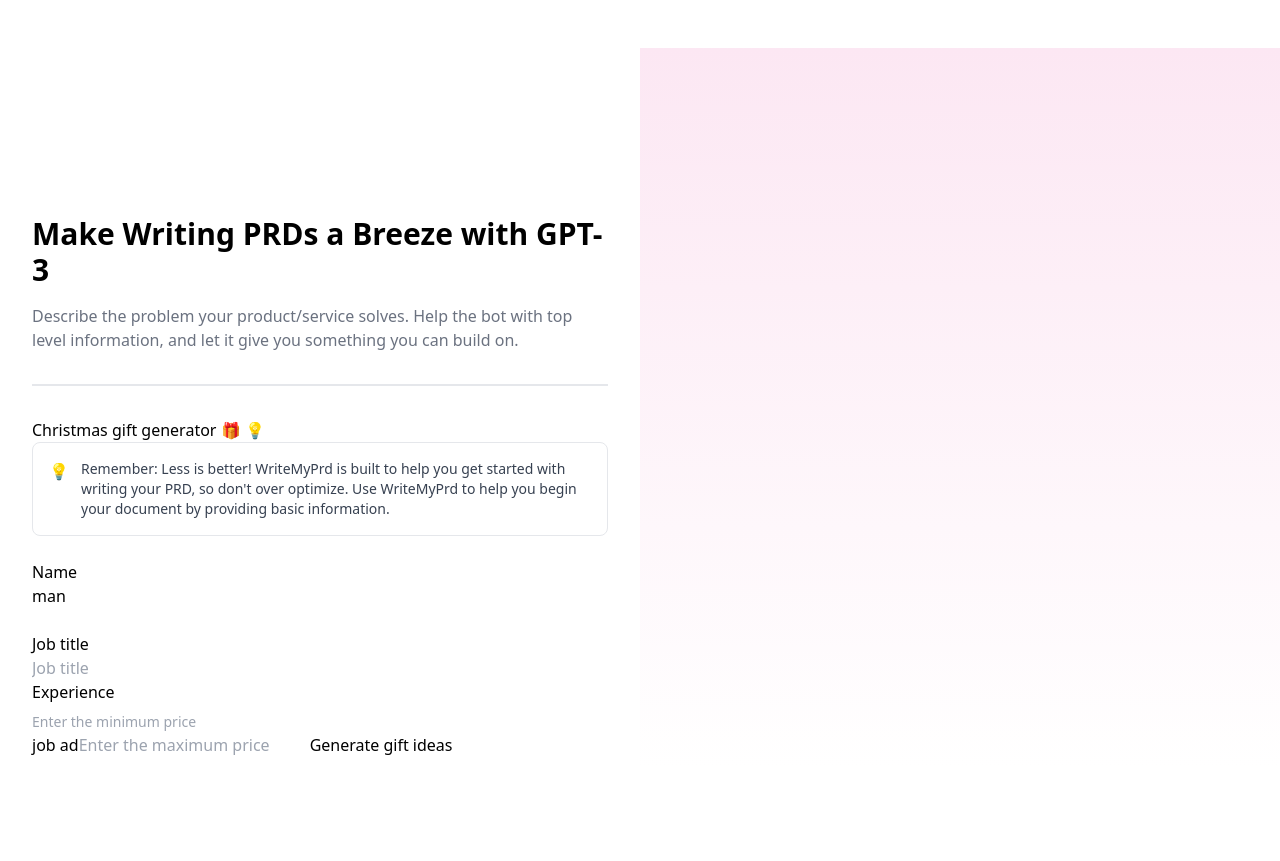
Repository: hamza-mastar/chatgpt-jpbad
Page: /
The author's editor kept a copy of each file at every save. The page is drawn from the files as they stood at one save, then again after a run of saves.
The browser window is 1280 px wide. The pictures show the whole page.
The project was rebuilt for these pictures with package versions that can differ from the ones it lists, and the page was loaded fresh each time. The framework's server and built-in components were replaced by stand-ins that run in the browser.

Above is the page before, as saved 2023-01-30 04:39:22.

### pages/_app.js
import 'tailwindcss/tailwind.css'

import '../styles/globals.css'

export default function MyApp({ Component, pageProps }) {
  return <Component {...pageProps} />
}

### pages/index.js
import Head from 'next/head';
import React from 'react';
import { useState } from 'react';

import styles from './index.module.css';


// import './gifts.css'




export default function Home() {
  const [name, setName] = useState('man');
  const [job_title, setJob_title] = useState("");
  const [experience, setExperience] = useState("");
  const [job_ad, setJob_ad] = useState("");

  const [loading, setLoading] = useState(false);

  const [result, setResult] = useState('');

  async function onSubmit(event) {
    event.preventDefault();
    if (loading) {
      return;
    }
    setLoading(true);
    setResult('hamza');
    const response = await fetch('/api/generate-gifts', {
      method: 'POST',
      headers: {
        'Content-Type': 'application/json',
      },
      body: JSON.stringify({ name, job_title, experience, job_ad}),
    });
    const data = await response.json();
    setResult(data.result.replaceAll('\n', '<br />'));
    setLoading(false);
  }


  return (
    <>



    <dody class="h-full px-5 sm:px-6">
      <div class="flex relative sm:flex-col md: flex-col">

      <Head>
        <title>OpenAI Quickstart</title>
        <link rel="icon" href="/dog.png" />
      </Head>

      <main className={styles.main}>
     <div class="min-h-screen w-full lg:w-1/2 relative">
    <div class="h-full px-5 sm:px-6">
      <div class="h-full w-full max-w-xl mx-auto flex flex-col after:mt-auto after:flex-1">
        <header class="sm:flex-1 flex mb-auto sm:py-10 pt-6 items-center sm:justify-between flex-col sm:flex-row" >
          <div class="flex items-center justify-between h-24 md:h-20"> </div>

            {/* logo icone login  */}
            </header>
            <div class="flex-1 py-8">
           <div  class="mb-4" >
           <h1 class="text-3xl font-bold font-inter mb-2"> Make Writing PRDs a Breeze with GPT-3 </h1>
           <div class="text-gray-500 mt-4 mb-6"> Describe the problem your product/service solves. Help the bot with top level information, and let it give you something you can build on. </div>
           <div class="divide-y divide-gray-200 my-8 relative border"></div>





        <h3  >Christmas gift generator 🎁 💡</h3>
        <form  onSubmit={onSubmit} class="mb-12 relative">
        <div class="rounded-lg bg-white border p-4"><div class="flex"><div class="flex-shrink-0">💡</div><div class="ml-3 flex-1 md:flex md:justify-between"><p class="text-sm text-gray-700 font-medium"> Remember: Less is better! WriteMyPrd is built to help you get started with writing your PRD, so don't over optimize. Use WriteMyPrd to help you begin your document by providing basic information. </p></div></div></div>
        <div>
          <div class="py-6">
          <label >Name</label>
          <input class="form-input w-full"
            type="text"
            name="name"
            placeholder="Enter the Name"
            value={name}
            onChange={(e) => setName(e.target.value)}
          />
          </div>


          <label>Job title</label>
          <input class="form-input w-full"
            type="text"
            name="job_title"
            placeholder="Job title"
            value={job_title}
            onChange={(e) => setJob_title(e.target.value)}
          />

          <label>Experience </label>
          <input class="form-textarea text-sm pt-2 w-full resize-none"
            type="textarea"
            name="experience"
            placeholder="Enter the minimum price"
            value={experience}
            onChange={(e) => setExperience(e.target.value)}
          />

          <label> job ad</label>
          <input
            type="text"
            name="job_ad"
            placeholder="Enter the maximum price"
            value={job_ad}
            onChange={(e) => setJob_ad(e.target.value)}
          />



          <input type="submit" value="Generate gift ideas" />
          </div>
        </form>
        </div>
       </div>
        </div>
        </div>
          </div>

          {/* loging page ////////////////// */}

          <div class="relative lg:fixed right-0 bottom-0 lg:block lg:w-1/2 overflow-hidden sm:px-5 lg:h-full h-auto overflow-y-auto top-12">
            <div class="absolute inset-0 bg-gradient-to-b from-pink-100 to-white pointer-events-none -z-10" >
              {/* <div class="hidden md:block absolute right-0 pointer-events-none -z-10"> */}
                <div class="h-auto">
                {/* <div class="p-6 pb-0 h-[calc(100vh-6rem)]" > */}
                {/* <div class="form-textarea relative text-base w-full p-4 px-8 overflow-scroll h-[calc(100%-1rem)] shadow-2xl flex items-center justify-center" > */}
                {/* <div class="text-pink-600 font-mono text-left text-base font-semibold absolute top-4 left-4"> */}
        {loading && (
          <div>
            <h3>Looking for the best gift ideas 🎁 💡</h3>
            <img src="/loading.gif" className={styles.loading} />
          </div>



        )}
        <div class="is-typed pb-0 h-[calc(100vh-6rem)] form-textarea relative text-base w-full p-4 px-8 overflow-scroll   flex items-center justify-center "
          className={styles.result}
          dangerouslySetInnerHTML={{ __html: result }}


        />
        </div>
        </div>
        </div>
        {/* </div> */}
        {/* </div> */}
        {/* </div>
        </div> */}
      </main>
      </div>

      </dody>


    </>
  );
}
// Name Job_title Experience job_ad

### pages/index.module.css


@font-face {
  font-family: "ColfaxAI";
  src: url(https://cdn.openai.com/API/fonts/ColfaxAIRegular.woff2)
      format("woff2"),
    url(https://cdn.openai.com/API/fonts/ColfaxAIRegular.woff) format("woff");
  font-weight: normal;
  font-style: normal;
}
@font-face {
  font-family: "ColfaxAI";
  src: url(https://cdn.openai.com/API/fonts/ColfaxAIBold.woff2) format("woff2"),
    url(https://cdn.openai.com/API/fonts/ColfaxAIBold.woff) format("woff");
  font-weight: bold;
  font-style: normal;
}
/* .main,
.main input {
  font-size: 16px;
  line-height: 24px;
  color: #353740;
  font-family: "ColfaxAI", Helvetica, sans-serif;
}
.main {
  display: flex;
  flex-direction: column;
  align-items: center;
  padding-top: 60px;
}
.main .icon {
  width: 34px;
}
.main h3 {
  font-size: 32px;
  line-height: 40px;
  font-weight: bold;
  color: #202123;
  margin: 16px 0 40px;
}
.main form {
  display: flex;
  flex-direction: column;
  width: 320px;
}
.main input[type="text"] {
  padding: 12px 16px;
  border: 1px solid #10a37f;
  border-radius: 4px;
  margin-bottom: 24px;
  outline-color: #10a37f;
}
.main ::placeholder {
  color: #8e8ea0;
  opacity: 1;
}
.main input[type="submit"] {
  padding: 12px 0;
  color: #fff;
  background-color: #10a37f;
  border: none;
  border-radius: 4px;
  text-align: center;
  cursor: pointer;
}
.main .result {
  padding: 100px;
  font-weight: bold;
  margin-top: 40px;
  position:absolute;
  display: flex;
  justify-content: end;
} */

.main .loading {
  width: 50;
}

/* .main input[type="text"],
.main input[type="number"],
.main select {
  padding: 12px 16px;
  border: 1px solid #10a37f;
  border-radius: 4px;
  margin-bottom: 12px;
  margin-top: 4px;
}
.hamza {
  background-color: #10a37f;
} */






.relative {
  position: relative;
}

.nano {
  background-color: white;
  color: black;
  display: flex;
  overflow: scroll;
}

.form-textarea{
  border-width: 1px;
  --tw-border-opacity: 1;
  border-color: rgb(209 213 219 / var(--tw-border-opacity));
  --tw-bg-opacity: 1;
  background-color: rgb(255 255 255 / var(--tw-bg-opacity));
  height: 600px;
  width: 600px;
}

.texxt-base {
  font-size: 18px;
  line-height: 1.5;
  letter-spacing: -.01em;
  color: black

}
.typed {
  color: #1f2937;
  white-space: break-spaces;
  font-size: 100px;
}
@media only screen and (max-width: 600px) {
  .goho {
    width: auto;
    display: flex;
    justify-content:center ;

  }
}

Loaded but not shown: styles/globals.css (common file); tailwind.config.js (common file)

After the next 2 saves:
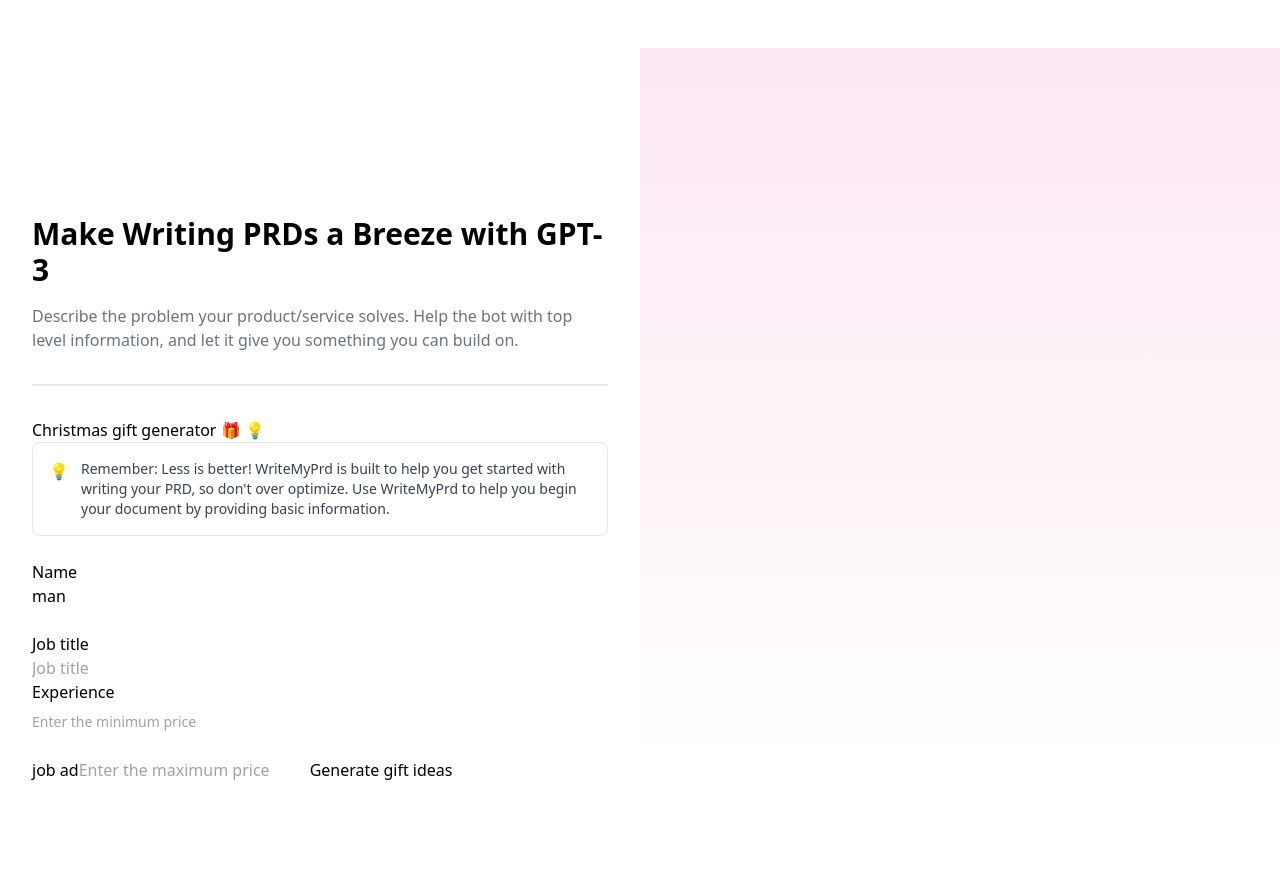
The 2 saves are shown as one change because 1 did not build or start.
The last was saved 80 s later.
--- a/pages/index.js
+++ b/pages/index.js
@@ -98,13 +98,14 @@ export default function Home() {
           />
 
           <label>Experience </label>
-          <input class="form-textarea text-sm pt-2 w-full resize-none"
-            type="textarea"
-            name="experience"
-            placeholder="Enter the minimum price"
-            value={experience}
-            onChange={(e) => setExperience(e.target.value)}
-          />
+          <textarea class="form-textarea text-sm pt-2 w-full resize-none"
+          type="textarea"
+          name="experience"
+          placeholder="Enter the minimum price"
+          value={experience}
+          onChange={(e) => setExperience(e.target.value)} >
+
+            </textarea>
 
           <label> job ad</label>
           <input
